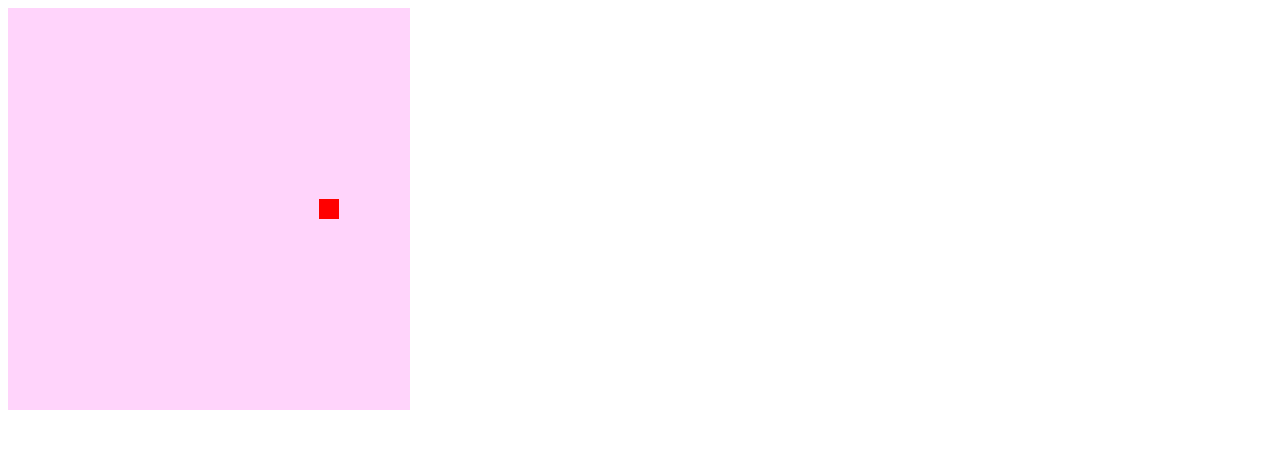
Repository: HyunraDate/ZhongpingShen
Page: Chocolate.html
These files come from the project's save history. The page is drawn as it stood at one moment and after the next save; the edit follows.
The browser window is 1280 px wide. The pictures show the whole page.

Above is the page before, as saved 2024-02-16 14:22:25.

### Chocolate.html
 <!DOCTYPE html>
 <html lang="en">
 <head>
    <meta charset="UTF-8">
    <meta name="viewport" content="width=device-width, initial-scale=1.0">
    <title>Valentines Day</title>
    <style>
      #webgl {
         border: 1px solid #ffd4fb;
      }
    </style>
 </head>

 <body>
    <canvas id="webgl" width="400" height="400">
      情人节快乐！
    </canvas>
    <script type="module" src="app2.js"></script>
 </body>
 </html>

### app2.js
//js往shader里传数据
import initShaders from './initShaders.js'

let canvas = document.getElementById('webgl')
let gl = canvas.getContext('webgl') //webgl 是3d，2d直接写2d


//vertexShader, fragmentShader 组成program


//后面要独立出来 因为these are all 字符串
//if you wanna use JS get data, like point

let vertexShader = `
attribute vec2 a_position;
void main() {
    gl_Position = vec4(a_position, 0.0, 1.0);
    gl_PointSize = 20.0;
}
`
//glsl

//this is 像素点的颜色的信息
let fragmentShader = `
void main() {
    gl_FragColor = vec4(1.0, 0.0, 0.0, 1.0);
}
`
//vec4是四维的向量
//对于三维空间的变换举证，必须要四维works, depends on 线性代数。一般为了简化运算是1.0 bzw.vec4(1.0, 0.0, 0.0, 1.0);
//usually float like:float size = 20.0; gl_PointSize = size;



initShaders(gl, vertexShader, fragmentShader) //执行函数
//==================in initShaders.js=========================================
// //Step3 封装成初始化的Shader 后面可以一直用
// function initShaders(gl, vertexSource, fragmentSource) {
//     let vertexShader = createShader(gl, gl.VERTEX_SHADER, vertexSource)
//     let fragmentShader= createShader(gl, gl.FRAGMENT_SHADER, fragmentSource)

//     let program = createProgram(gl, vertexShader, fragmentShader)

//     if (program){
//         gl.useProgram(program)
//         //为了获得program的作用域，所有把他挂在gl对象上，as a 属性
//         gl.program = program
//         return true
//     }
//     else{
//         console.log('failed to create program')
//         return false
//     }
// }

// console.log(gl.program)

// //this is 容器
// //let`s 封装
// /**
//  * create Shades Step1
//  */
// function createShader(gl, type, source){
//     let shader = gl.createShader(type)
//     gl.shaderSource(shader, source)

//     gl.compileShader(shader)

//     //complie shader result 有可能失败//对于错误的处理
//     let compiLe = gl.getShaderParameter(shader, gl.COMPILE_STATUS)
//     if (compiLe) {
//         return shader
//     }
//     else {
//         console.log('compile shader error' + error)
//         gl.deleteShader(shader)
//         return null
//     }
// }

// //咁你就可以直接调用函数啦 //封装去function initShaders里面啦
// // let vertexShader = createShader(gl, gl.VERTEX_SHADER, vertexSource)
// // let fragmentShader= createShader(gl, gl.FRAGMENT_SHADER, fragmentSource)

// //U dont need these anymore, they are in function now
// // let vertexShader = gl.createShader(gl.VERTEX_SHADER)
// // let fragmentShader = gl.createShader(gl.FRAGMENT_SHADER)

// // gl.shaderSource(vertexShader, vertexSource) //this is 源代码
// // gl.shaderSource(fragmentShader, fragmentSource)

// // gl.compileShader(vertexShader)
// // gl.compileShader(fragmentShader)

// //program
// /**
//  * create Program Step2
//  */
// function createProgram(gl, vertexShader, fragmentShader){ //()内传入参数
//     let program = gl.createProgram()
//     if(!program) return null //d.h 创建的时候如果有问题会变成null

//     gl.attachShader(program, vertexShader)
//     gl.attachShader(program, fragmentShader)

//     gl.linkProgram(program)
//     //link program result
//     let linked = gl.getProgramParameter(program, gl.LINK_STATUS)
//     if (linked) {
//         // gl.useProgram(program) 封装去function initShaders里面啦
//         return program
//     }
//     else{
//         let error = gl.getPrpgramInfoLog(program)
//         console.log('link program error' + error)
//         gl.deleteProgram(program)
//         gl.deleteShader(vertexShader)
//         gl.deleteShader(fragmentShader)
//         return null
//     }

// }

// 你也要封装去function initShaders里面啦
// createProgram(gl, vertexShader, fragmentShader)

//==================in initShaders.js=========================================

//webgl (3d) //清空canvas画布
//gl.clearColor(0.5, 0.5, 0.5, 1.0)  //(0.0, 0.0, 0.0, 1.0)Black //RGB + Ahpha透明通道，0.0完全透明
//gl.clear(gl.COLOR_BUFFER_BIT) //大写：常量 like Math.PI //this is 清空颜色*(整个画布)

//ps if you wanna #ffd4fb，你可以将其转换为RGB值，然后将每个分量除以255.0来得到相应的浮点数。
// 将颜色#ffd4fb转换为浮点数
let r = 255 / 255.0;
let g = 212 / 255.0;
let b = 251 / 255.0;

// 设置清除颜色
gl.clearColor(r, g, b, 1.0);
gl.clear(gl.COLOR_BUFFER_BIT)

let position = [0.6, 0.0]

let location = gl.getAttribLocation(gl.program, 'a_position') //传参：我们WebGL的名称：program
console.log(location) //获取成功是0，失败是-1

//写法1
//gl.vertexAttrib1f(location, 0.6, 0.0)
//1f float, 2f 2D, 3f 3D, 这段代码传到上面的 let vertexShader中。

//写法2
gl.vertexAttrib2f(location, ...position) //ES6写法
//gl.vertexAttrib2f(location, new Float32Array(position)) //both ok

//画一个点
gl.drawArrays(gl.POINTS, 0,1)

//webgl (2d)
//ctx.fillRect(0, 0, 400, 400)
// gl.fillStyle = 'fuchsia'
// gl.fillRect(0, 0, 400, 400)

console.log(gl.program)
//因为后面画东西的时候会用到gl.program

### initShaders.js
//Step3 封装成初始化的Shader 后面可以一直用
export default function initShaders(gl, vertexSource, fragmentSource) {
    let vertexShader = createShader(gl, gl.VERTEX_SHADER, vertexSource)
    let fragmentShader= createShader(gl, gl.FRAGMENT_SHADER, fragmentSource)

    let program = createProgram(gl, vertexShader, fragmentShader)

    if (program){
        gl.useProgram(program)
        //为了获得program的作用域，所有把他挂在gl对象上，as a 属性
        gl.program = program
        return true
    }
    else{
        console.log('failed to create program')
        return false
    }
}

//console.log(gl.program)

//this is 容器
//let`s 封装
/**
 * create Shades Step1
 */
function createShader(gl, type, source){
    let shader = gl.createShader(type)
    gl.shaderSource(shader, source)

    gl.compileShader(shader)

    //complie shader result 有可能失败//对于错误的处理
    let compiLed = gl.getShaderParameter(shader, gl.COMPILE_STATUS)
    if (compiLed) {
        return shader
    }
    else {
        console.log('compile shader error' + error)
        gl.deleteShader(shader)
        return null
    }
}

//咁你就可以直接调用函数啦 //封装去function initShaders里面啦
// let vertexShader = createShader(gl, gl.VERTEX_SHADER, vertexSource)
// let fragmentShader= createShader(gl, gl.FRAGMENT_SHADER, fragmentSource)

//U dont need these anymore, they are in function now
// let vertexShader = gl.createShader(gl.VERTEX_SHADER)
// let fragmentShader = gl.createShader(gl.FRAGMENT_SHADER)

// gl.shaderSource(vertexShader, vertexSource) //this is 源代码
// gl.shaderSource(fragmentShader, fragmentSource)

// gl.compileShader(vertexShader)
// gl.compileShader(fragmentShader)

//program
/**
 * create Program Step2
 */
//把两个shader放在一起
function createProgram(gl, vertexShader, fragmentShader){ //()内传入参数
    let program = gl.createProgram()
    if(!program) return null //d.h 创建的时候如果有问题会变成null

    gl.attachShader(program, vertexShader)
    gl.attachShader(program, fragmentShader)

    gl.linkProgram(program)
    //link program result
    let linked = gl.getProgramParameter(program, gl.LINK_STATUS)
    if (linked) {
        // gl.useProgram(program) 封装去function initShaders里面啦
        return program
    }
    else{
        let error = gl.getPrpgramInfoLog(program)
        console.log('link program error' + error)
        gl.deleteProgram(program)
        gl.deleteShader(vertexShader)
        gl.deleteShader(fragmentShader)
        return null
    }

}

After the next save:
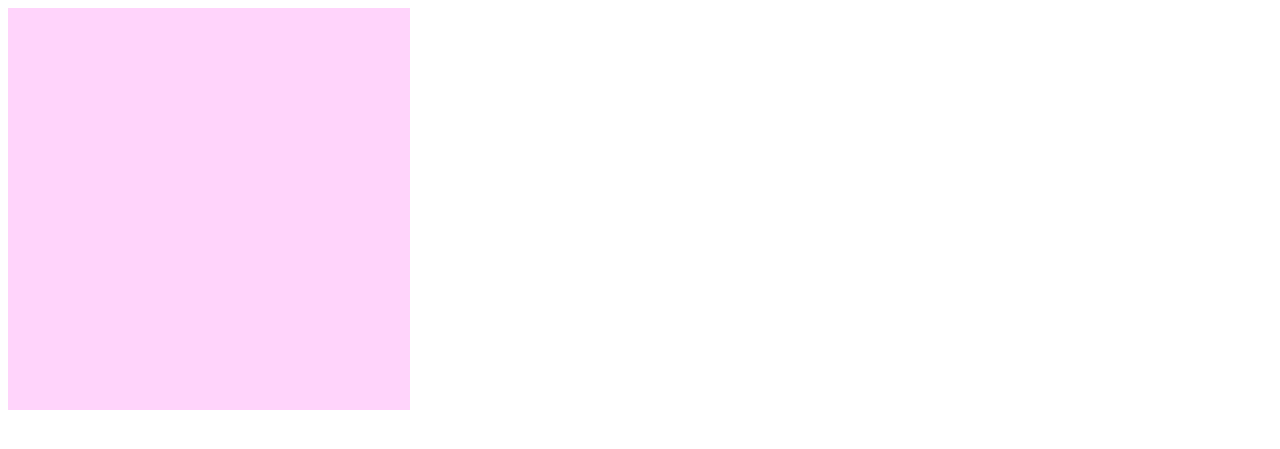
Console error: ReferenceError: position is not defined
Saved 10 min 46 s later.
--- a/app2.js
+++ b/app2.js
@@ -140,7 +140,10 @@
 gl.clearColor(r, g, b, 1.0);
 gl.clear(gl.COLOR_BUFFER_BIT)
 
-let position = [0.6, 0.0]
+//let position = [0.6, 0.0] //in this way 我们改东西只需要在js中改
+
+let x = 0.5
+let y = 0
 
 let location = gl.getAttribLocation(gl.program, 'a_position') //传参：我们WebGL的名称：program
 console.log(location) //获取成功是0，失败是-1
@@ -151,7 +154,9 @@
 
 //写法2
 gl.vertexAttrib2f(location, ...position) //ES6写法
-//gl.vertexAttrib2f(location, new Float32Array(position)) //both ok
+//gl.vertexAttrib2fv(location, new Float32Array(position)) //both ok *这里2fv 有v
+
+
 
 //画一个点
 gl.drawArrays(gl.POINTS, 0,1)

After the save that followed:
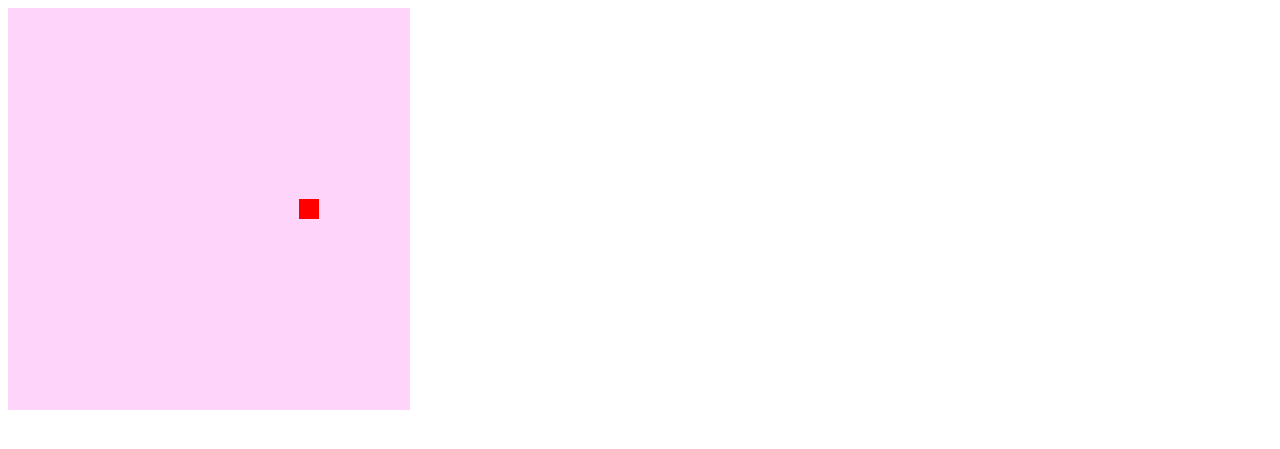
The error is gone.
Saved 79 s later.
--- a/app2.js
+++ b/app2.js
@@ -153,7 +153,7 @@
 //1f float, 2f 2D, 3f 3D, 这段代码传到上面的 let vertexShader中。
 
 //写法2
-gl.vertexAttrib2f(location, ...position) //ES6写法
+gl.vertexAttrib2f(location, x, y) //ES6写法
 //gl.vertexAttrib2fv(location, new Float32Array(position)) //both ok *这里2fv 有v
 
 
